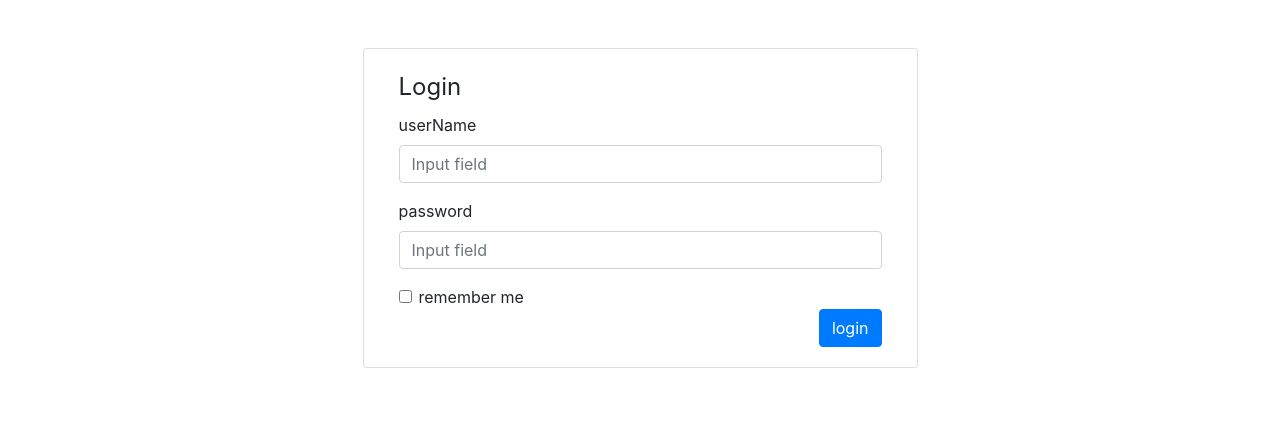
Repository: santhoshkaranth10/TYSS-16sep19-santhoshkaranthkb
Page: http://localhost/assetproject/login.jsp
The author's editor kept a copy of each file at every save. The page is drawn from the files as they stood at one save, then again after the next save.
The browser window is 1280 px wide. The pictures show the whole page.
The page is served by Tomcat 9.

Above is the page before, as saved 2019-11-23 09:41:58.

### eclipse-workspace/assetproject/WebContent/login.jsp
<%@ page language="java" contentType="text/html; charset=ISO-8859-1"
    pageEncoding="ISO-8859-1"%>
<!DOCTYPE html>
<html>
<head>
<meta charset="ISO-8859-1">
<title>Insert title here</title>
  <link rel="stylesheet" href="https://maxcdn.bootstrapcdn.com/bootstrap/4.3.1/css/bootstrap.min.css">
  <script src="https://ajax.googleapis.com/ajax/libs/jquery/3.4.1/jquery.min.js"></script>
  <script src="https://cdnjs.cloudflare.com/ajax/libs/popper.js/1.14.7/umd/popper.min.js"></script>
  <script src="https://maxcdn.bootstrapcdn.com/bootstrap/4.3.1/js/bootstrap.min.js"></script>
</head>
<body>
    <div class="container">
        <div class="card col-md-6 offset-3 mt-5">
            <div class="card-body ">

                <form action="./login" method="POST" role="form">
                    <legend>Login</legend>

                    <div class="form-group">
                        <label for="">userName</label>
                        <input type="text" class="form-control" id="" placeholder="Input field">
                    </div>

                    <div class="form-group">
                            <label for="">password</label>
                            <input type="password" class="form-control" id="" placeholder="Input field">
                        </div>

                 <!-- Material unchecked -->
				<div class="form-check">
 					   <input type="checkbox" class="form-check-input" value="rememberme">
 					   <label class="form-check-label" for="materialUnchecked">remember me</label>
				</div>

                  <div class="form-group">
                     <input type="reset" class="btn btn-outline btn-primary float-right" value="login">
                    </div>

                </form>

            </div>
        </div>
    </div>


</body>
</html>

After the next save:
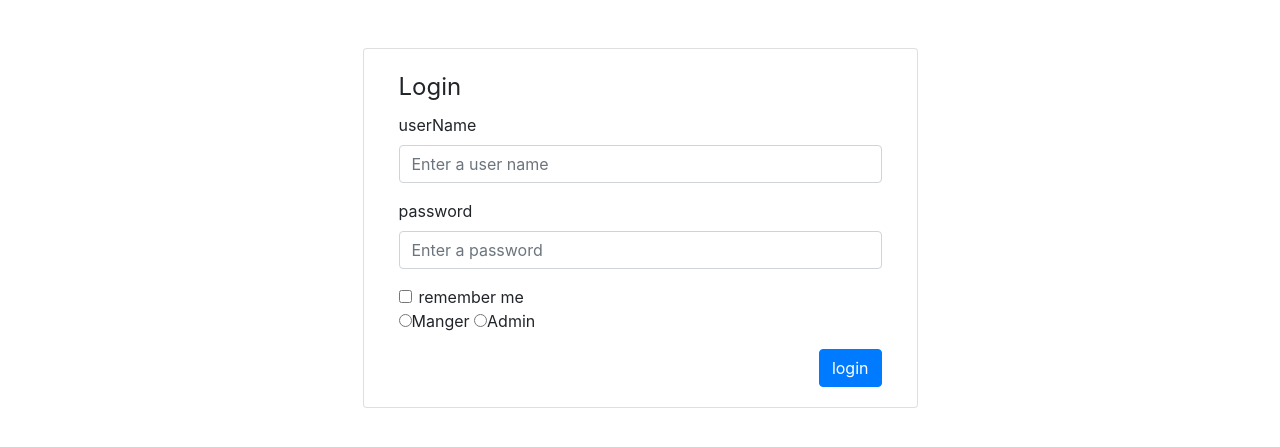
Saved 3 min 34 s later.
--- a/eclipse-workspace/assetproject/WebContent/login.jsp
+++ b/eclipse-workspace/assetproject/WebContent/login.jsp
@@ -20,12 +20,12 @@
 
                     <div class="form-group">
                         <label for="">userName</label>
-                        <input type="text" class="form-control" id="" placeholder="Input field">
+                        <input type="text" class="form-control" id="" placeholder="Enter a user name">
                     </div>
 
                     <div class="form-group">
                             <label for="">password</label>
-                            <input type="password" class="form-control" id="" placeholder="Input field">
+                            <input type="password" class="form-control" id="" placeholder="Enter a password">
                         </div>
 
                  <!-- Material unchecked -->
@@ -33,6 +33,11 @@
  					   <input type="checkbox" class="form-check-input" value="rememberme">
  					   <label class="form-check-label" for="materialUnchecked">remember me</label>
 				</div>
+                  <div class="form-group">
+                  <input type="radio" value="manger" >Manger
+                  <input type="radio" value="manger" >Admin
+
+                  </div>
 
                   <div class="form-group">
                      <input type="reset" class="btn btn-outline btn-primary float-right" value="login">
